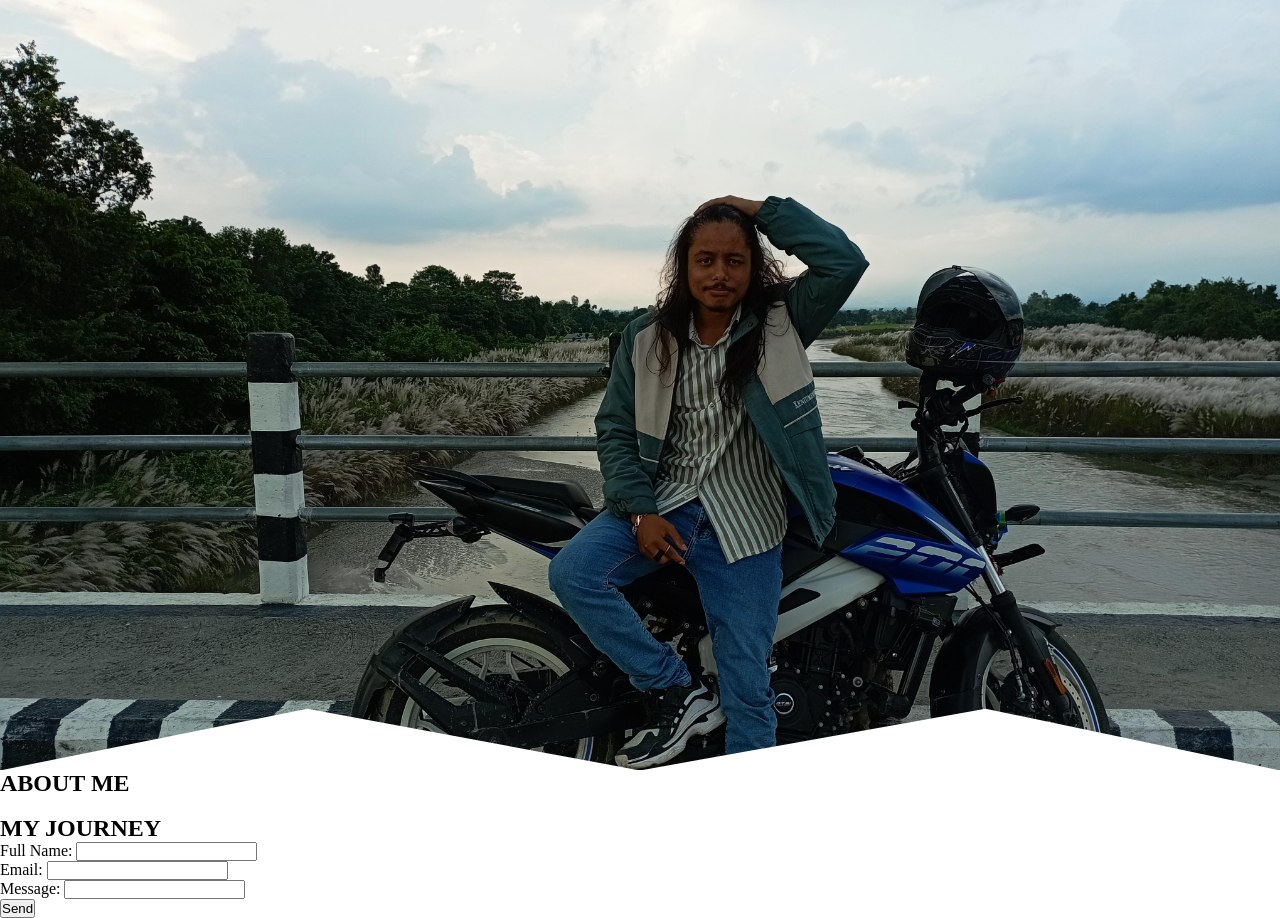
Repository: AyushMahatara/personal-website
Page: New folder/index.html
The author's editor kept a copy of each file at every save. The page is drawn from the files as they stood at one save, then again after the next save.
The browser window is 1280 px wide. The pictures show the whole page.
Backgrounds fixed to the window are drawn as part of the page.

Above is the page before, as saved 2023-07-19 22:48:36.

After the next save:
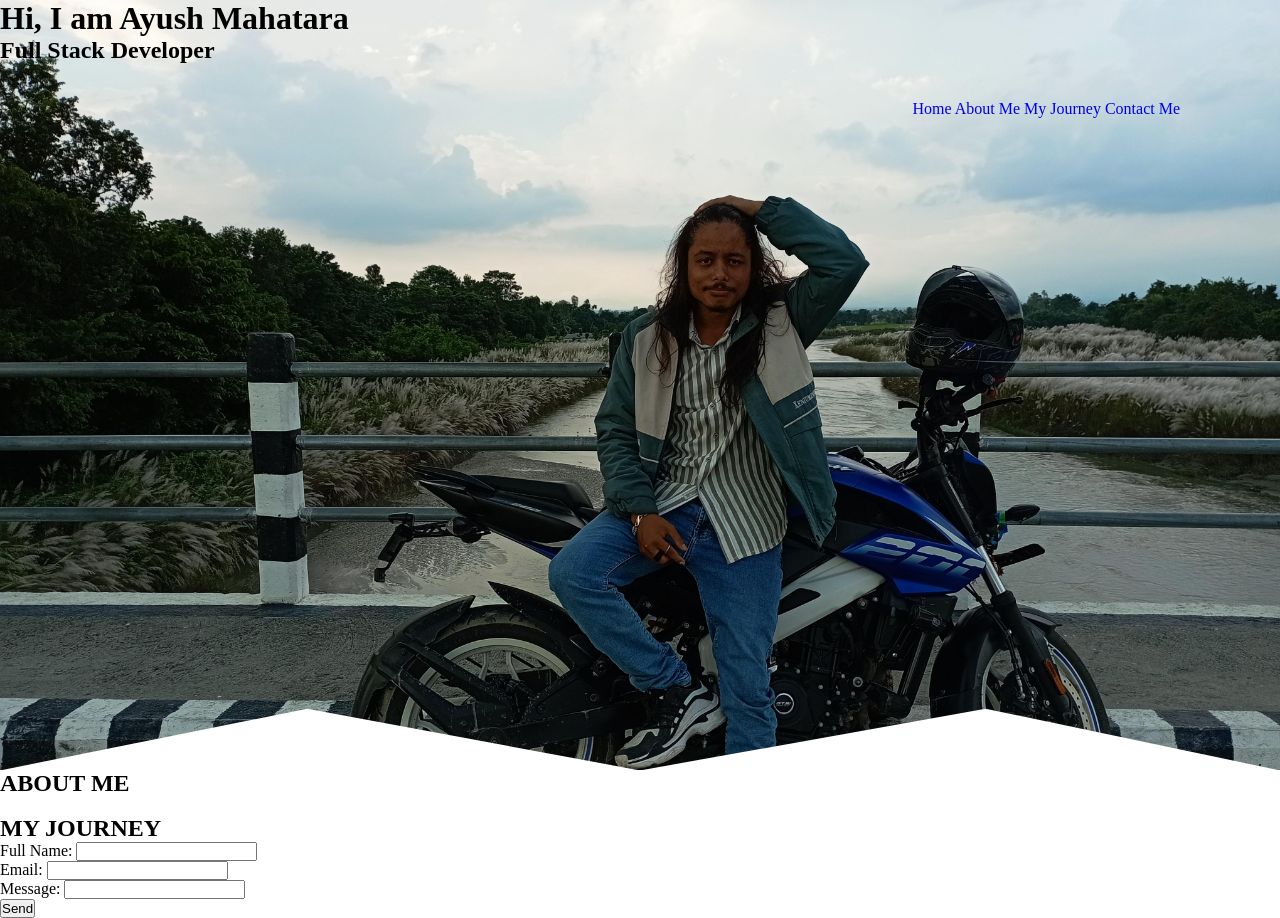
Saved 4 s later.
--- a/New folder/index.html
+++ b/New folder/index.html
@@ -36,7 +36,7 @@
 
     nav {
       float: right;
-      padding: 1000px;
+      padding: 100px;
     }
   </style>
   <body>
